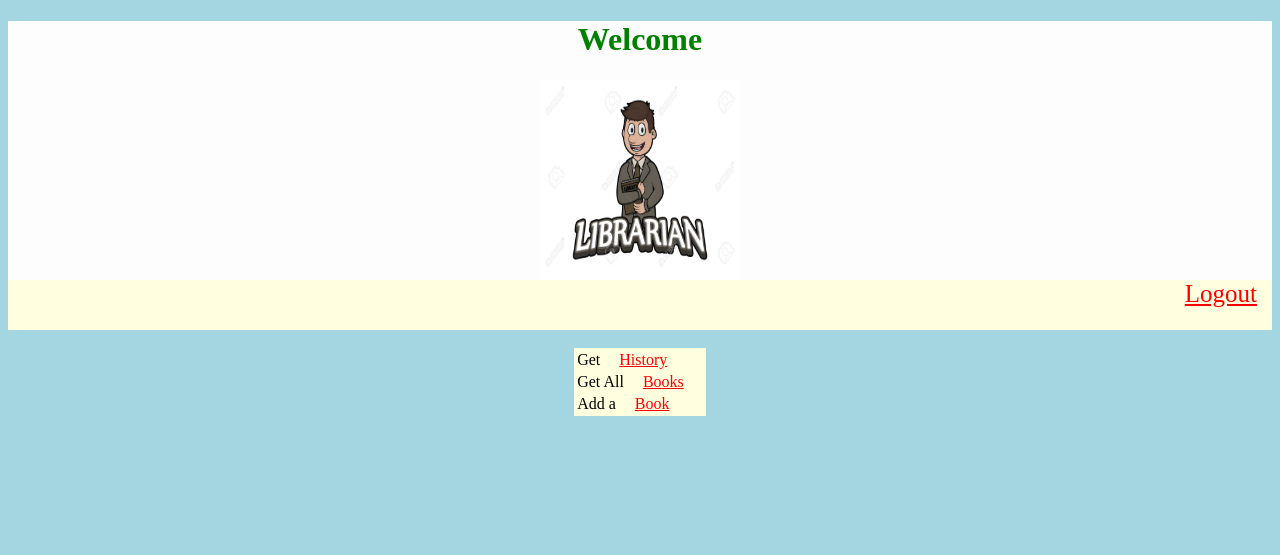
Repository: prashantvadlamani/Library-Management-System
Page: http://localhost/project/librarian.jsp
The author's editor kept a copy of each file at every save. The page is drawn from the files as they stood at one save, then again after the next save.
The browser window is 1280 px wide. The pictures show the whole page.
The page is served by Tomcat 9. Other server files are loaded and not shown.

Above is the page before, as saved 2018-08-23 06:08:03.

### project/WebContent/librarian.jsp
<%@ page language="java" contentType="text/html; charset=ISO-8859-1"
    pageEncoding="ISO-8859-1"%>
<%@page import="java.util.*"%>
<%@page import="model.*"%>
<!DOCTYPE html PUBLIC "-//W3C//DTD HTML 4.01 Transitional//EN" "http://www.w3.org/TR/html4/loose.dtd">
<html>
<head>
<meta http-equiv="Content-Type" content="text/html; charset=ISO-8859-1">
<title>Librarian</title>
<style>
	h1{
		text-align:center;
		color: green;
	}

	a{
		color: red;
		padding: 15px;
	}
	body{
		background-color: #a3d6e0;
	}
	img{
		width:200px;
		height: 200px;
	}
	.center {
    display: block;
    margin-left: auto;
    margin-right: auto;
	}
	table{
		background-color: lightyellow;
	}
</style>
</head>
<body>
	<header style="background-color:#fdfdfd;">
	   <h1>Welcome</h1>
	   <span><img src="images/librarianlogo.jpg" class="center"></img></span>
  </header>
	<div style="text-align:right;background-color: lightyellow;height: 50px;font-size: 25px;"><a href="logout" >Logout</a></div>
	<br>
	<table align="center">
		<tr>
			<td>Get <a href="libhistory">History</a></td>
		</tr>
		<tr>
			<td>Get All <a href="librarianServlet">Books</a></td>
		</tr>
		<tr>
			<td>Add a <a href="add">Book</a><td>
	</tr>
	</table>
</body>
</html>

After the next save:
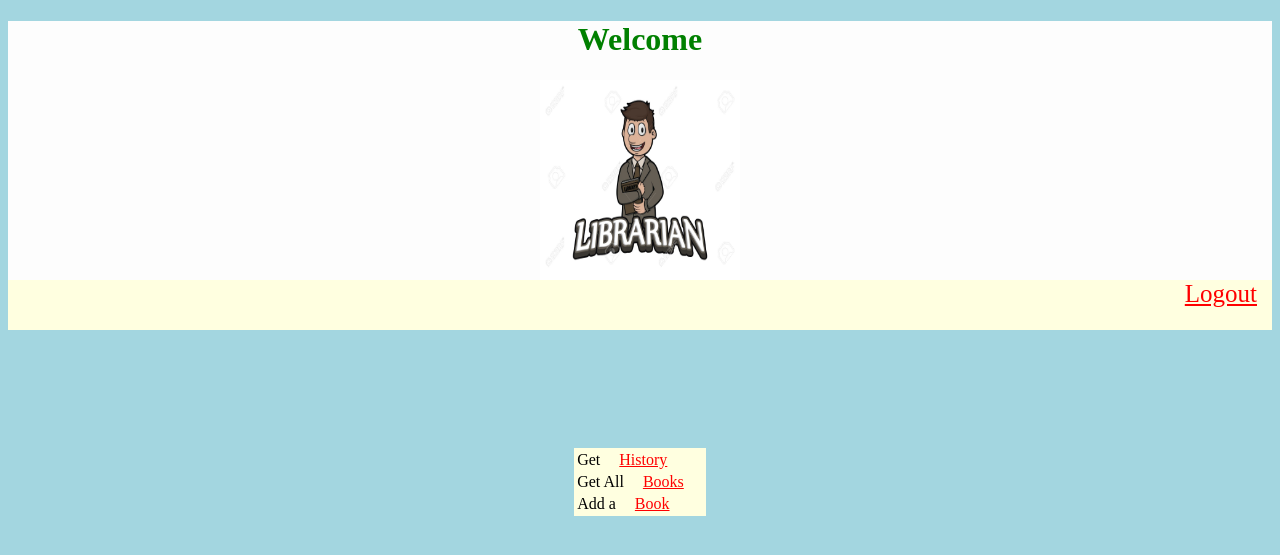
Saved 14 s later.
--- a/project/WebContent/librarian.jsp
+++ b/project/WebContent/librarian.jsp
@@ -31,6 +31,7 @@
 	}
 	table{
 		background-color: lightyellow;
+		margin-top: 100px;
 	}
 </style>
 </head>
